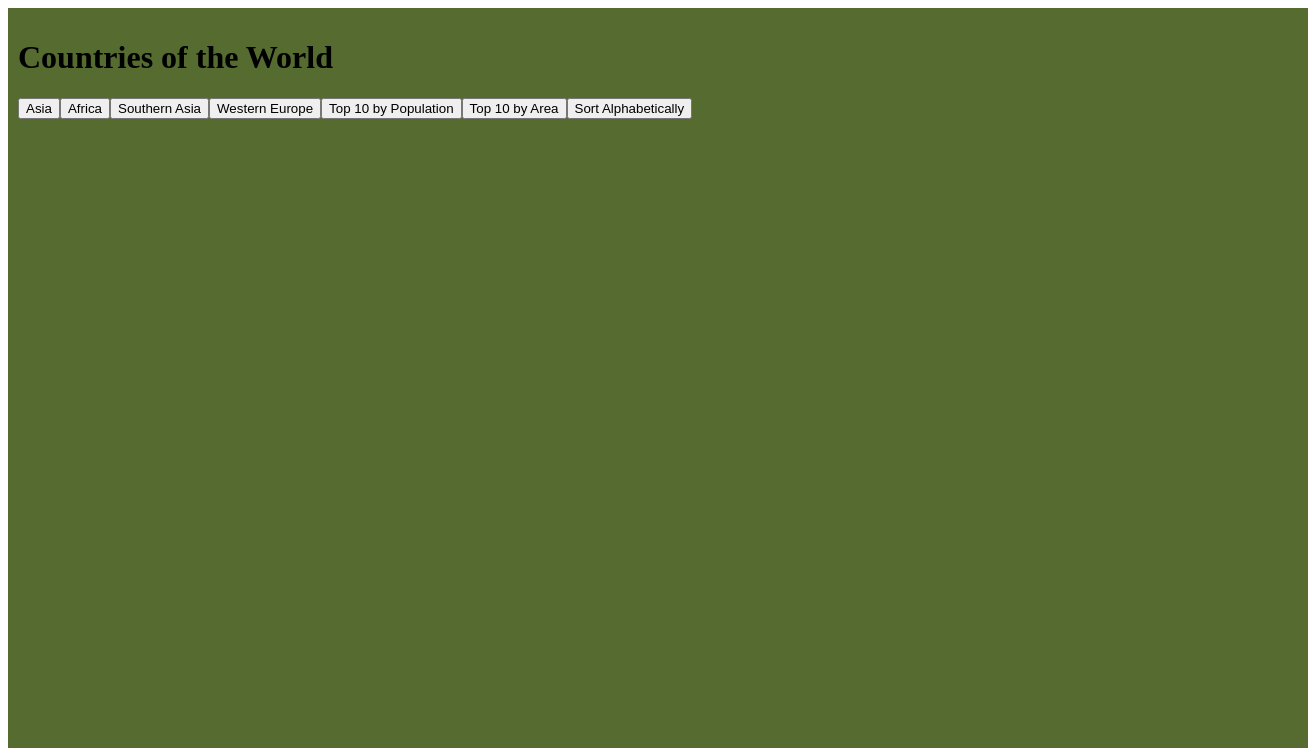
Repository: SandyLy453/comp-lab10
Page: /
These files come from the project's save history. The page is drawn as it stood at one moment and after the next save; the edit follows.
The browser window is 1280 px wide. The page is 1308 px wide, then 1280 px, so the pictures cover 1308 px, including what lies to the right of the window. The pictures show the whole page.
The page's requests for data from a server got no answer. The project was rebuilt for these pictures with package versions that can differ from the ones it lists, and the page was loaded fresh each time. No one was signed in, and anything a server would have sent is missing. Also part of the build but not shown: vite.config.js, src/components/Contry.jsx.

Above is the page before, as saved 2024-11-14 22:40:44.

After the next save:
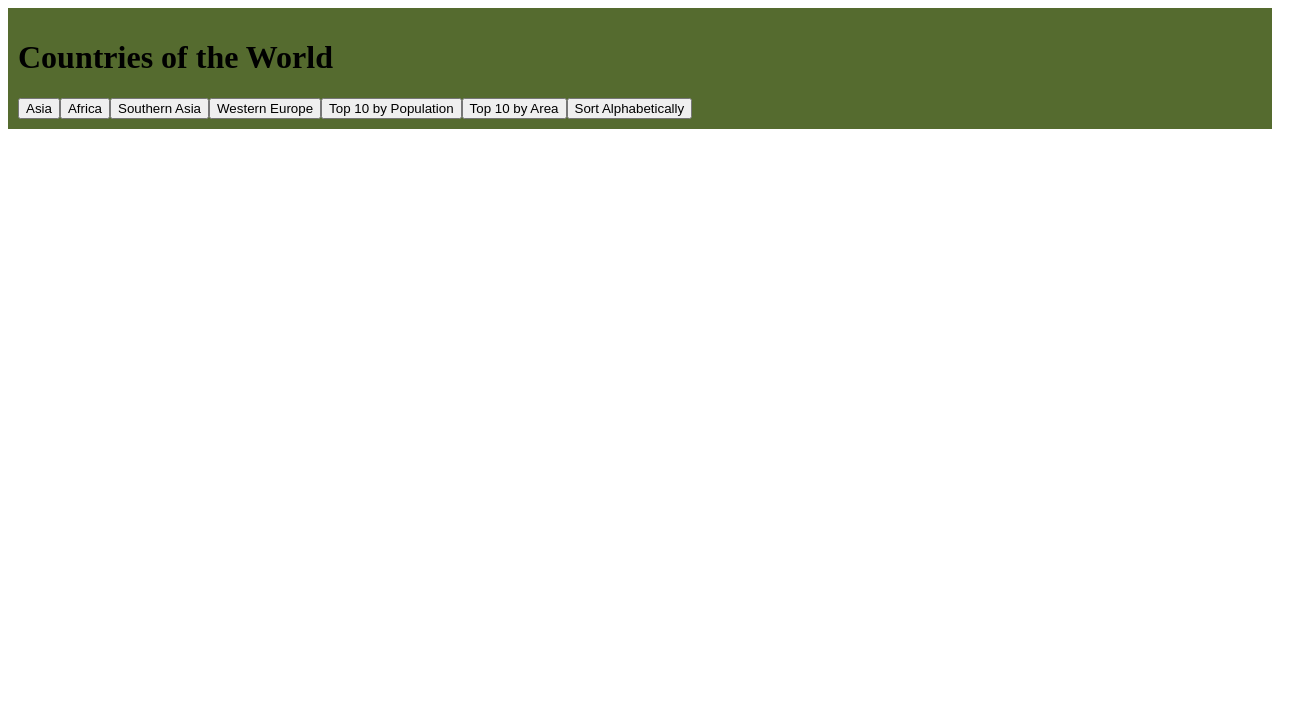
Saved 15 s later.
--- a/src/index.css
+++ b/src/index.css
@@ -1,6 +1,4 @@
 .container {
-  min-height: 100vh;
-  width: 100vw;
   background-color: darkolivegreen;
   margin: 0;
   padding: 10px;
